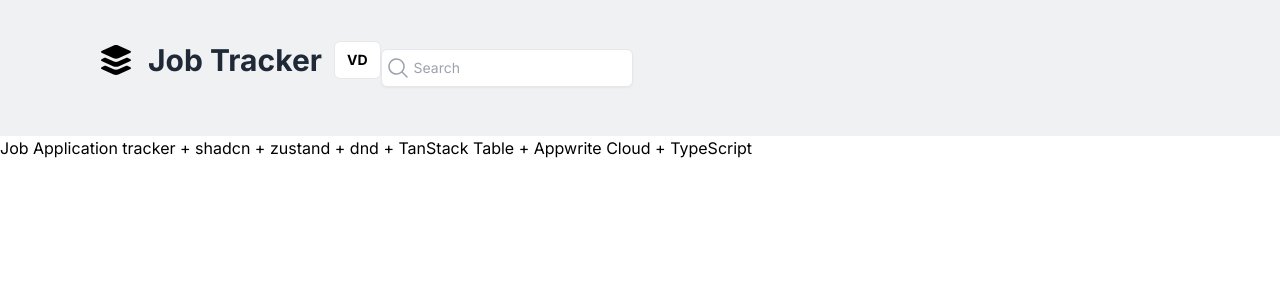
Repository: Vasil1001/job-applications-tracker-nextjs
Page: /
The author's editor kept a copy of each file at every save. The page is drawn from the files as they stood at one save, then again after a run of saves.
The browser window is 1280 px wide. The pictures show the whole page.
The project was rebuilt for these pictures with package versions that can differ from the ones it lists, and the page was loaded fresh each time. The framework's server and built-in components were replaced by stand-ins that run in the browser. Also part of the build but not shown: next.config.js.

Above is the page before, as saved 2023-06-24 17:18:21.

After the next 4 saves:
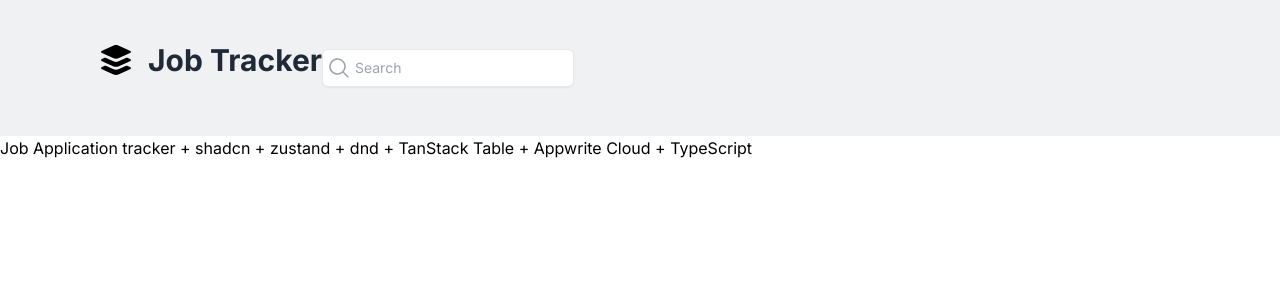
The 4 saves are shown as one change because 1 did not build or start and some came seconds apart.
The last was saved 13 s later.
--- a/components/Header.tsx
+++ b/components/Header.tsx
@@ -28,13 +28,10 @@
         <div className="flex items-center font-bold text-3xl mb-4">
           <IoIosApps size={40} className="mr-3" />
           <span className="text-gray-800">Job Tracker</span>
-          <button className="ml-3 py-2 px-3 text-black text-sm font-regular border focus-visible:outline-none focus-visible:ring-1 focus:ring-gray-400 bg-white border-gray-200 sm:text-sm rounded-md hover:border-gray-300 ">
-              VD
-            </button>
         </div>
 
         {/* Search input, button and profile */}
-        <div className="flex items-center gap-3">
+        <div>
           <form className="flex items-center space-l-5 bg-white rounded-md p-1 border shadow-sm focus-visible:outline-none focus-visible:ring-1 focus:ring-gray-400 text-black bg-white border-gray-200 sm:text-sm rounded-md hover:border-gray-300 placeholder:text-gray-400 focus:placeholder:text-gray-500 flex-1 md:flex-initial">
             <HiMagnifyingGlass className="w-6 h-6 text-gray-400" />
             <input
@@ -44,8 +41,6 @@
             />
             <button hidden> Search</button>
           </form>
-
-
         </div>
 
         {/* <Avatar name="Vasilis Dzhakov" round color="#ffffff" size="50" fgColor='black' /> */}

After the save that followed:
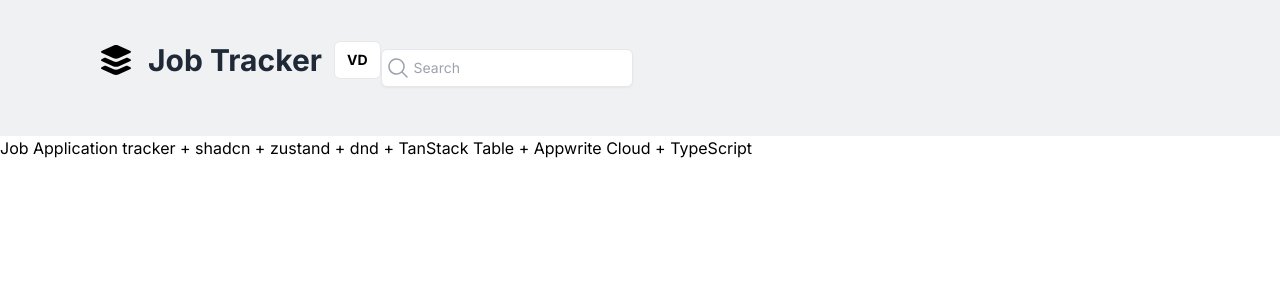
Saved 6 s later.
--- a/components/Header.tsx
+++ b/components/Header.tsx
@@ -28,10 +28,12 @@
         <div className="flex items-center font-bold text-3xl mb-4">
           <IoIosApps size={40} className="mr-3" />
           <span className="text-gray-800">Job Tracker</span>
+          <button className="ml-3 py-2 px-3 text-black text-sm font-regular border focus-visible:outline-none focus-visible:ring-1 focus:ring-gray-400 bg-white border-gray-200 sm:text-sm rounded-md hover:border-gray-300 ">
+              VD
+            </button>
         </div>
 
         {/* Search input, button and profile */}
-        <div>
           <form className="flex items-center space-l-5 bg-white rounded-md p-1 border shadow-sm focus-visible:outline-none focus-visible:ring-1 focus:ring-gray-400 text-black bg-white border-gray-200 sm:text-sm rounded-md hover:border-gray-300 placeholder:text-gray-400 focus:placeholder:text-gray-500 flex-1 md:flex-initial">
             <HiMagnifyingGlass className="w-6 h-6 text-gray-400" />
             <input
@@ -41,7 +43,8 @@
             />
             <button hidden> Search</button>
           </form>
-        </div>
+
+
 
         {/* <Avatar name="Vasilis Dzhakov" round color="#ffffff" size="50" fgColor='black' /> */}
         <div className="flex gap-3.5">
